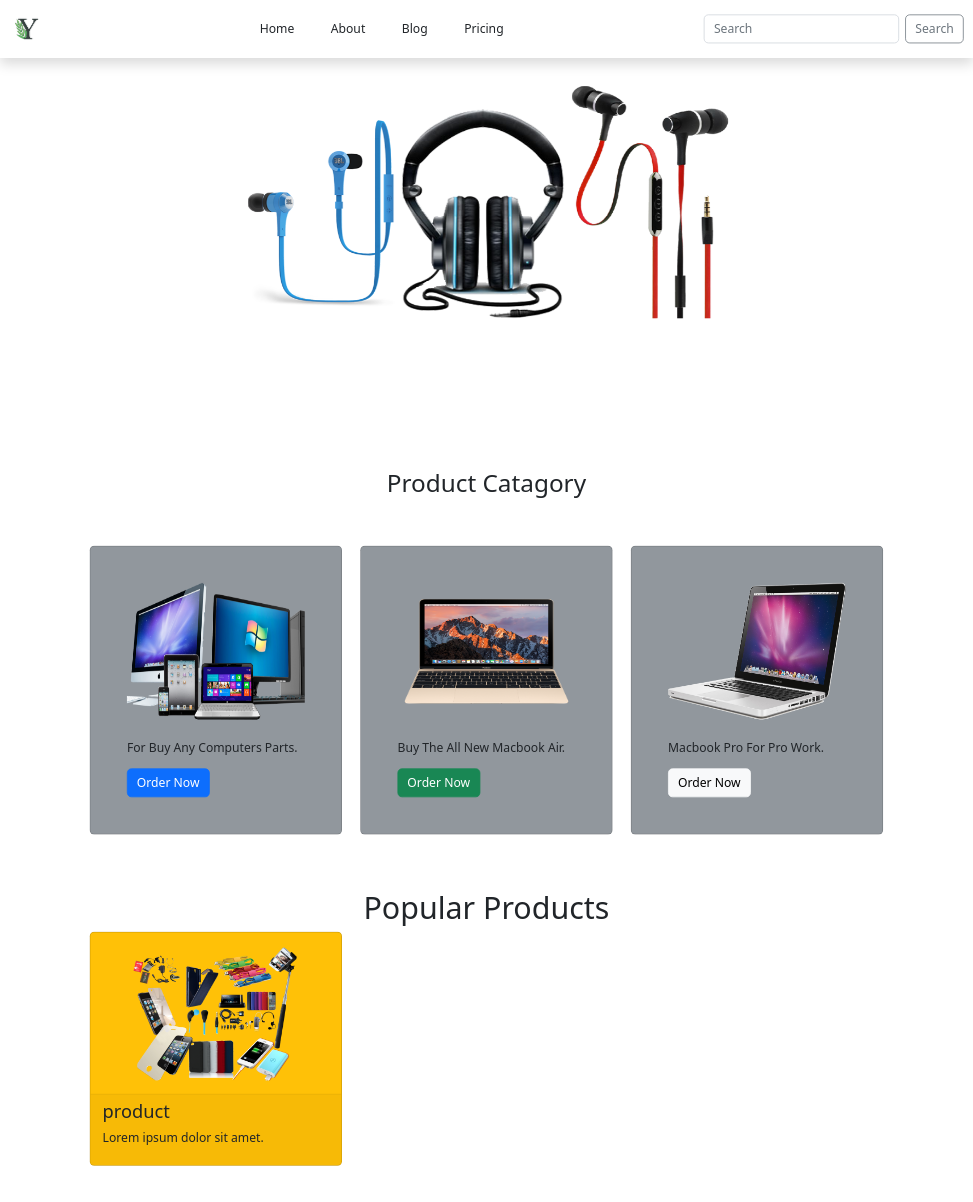
Repository: Mafuzurrahmanoli/E-Commerce-Website
Page: index.html
The author's editor kept a copy of each file at every save. The page is drawn from the files as they stood at one save, then again after a run of saves.
The browser window is 1280 px wide. The pictures show the whole page, at 76% of full size.

Above is the page before, as saved 2023-09-16 12:04:46.

### index.html
<!DOCTYPE html>
<html lang="en">

<head>
  <title>E-Commerce Website</title>
  <!-- Required meta tags -->
  <meta charset="utf-8" />
  <meta name="viewport" content="width=device-width, initial-scale=1, shrink-to-fit=no" />

  <!-- Bootstrap CSS v5.2.1 -->
  <link href="https://cdn.jsdelivr.net/npm/bootstrap@5.2.1/dist/css/bootstrap.min.css" rel="stylesheet"
    integrity="sha384-iYQeCzEYFbKjA/T2uDLTpkwGzCiq6soy8tYaI1GyVh/UjpbCx/TYkiZhlZB6+fzT" crossorigin="anonymous" />
  <link rel="stylesheet" href="css/style.css" />
  <link rel="shortcut icon" href="img/favicon.png" type="image/x-icon">
</head>

<body>
  <header>
    <!-- place navbar here -->
    <nav class="navbar navbar-expand-lg navbar-light shadow">
      <div class="container-fluid">
        <a class="navbar-brand" href="#"" target=" _blank">
          <img src="img/logo.png" alt="logo" style="width: 50px;">
        </a>
        <button class="navbar-toggler" type="button" data-bs-toggle="collapse" data-bs-target="#navbarSupportedContent"
          aria-controls="navbarSupportedContent" aria-expanded="false" aria-label="Toggle navigation">
          <span class="navbar-toggler-icon"></span>
        </button>
        <div class="collapse navbar-collapse" id="navbarSupportedContent">
          <ul class="navbar-nav me-auto mb-2 mb-lg-0 mx-auto">
            <li class="nav-item mx-3">
              <a class="nav-link active text-dark" aria-current="page" href="#">Home</a>
            </li>
            <li class="nav-item mx-3">
              <a class="nav-link text-dark" href="#">About</a>
            </li>
            <li class="nav-item mx-3">
              <a class="nav-link text-dark" href="#">Blog</a>
            </li>
            <li class="nav-item mx-3">
              <a class="nav-link text-dark" href="#">Pricing</a>
            </li>
          </ul>
          <form class="d-flex" role="search">
            <input class="form-control me-2" type="search" placeholder="Search" aria-label="Search">
            <button class="btn btn-outline-secondary" type="submit">Search</button>
          </form>
        </div>
      </div>
    </nav>
    <!-- Navbar end here -->
    <!-- Slider Start -->
    <div class="container">
      <div class="row">
        <div class=" col-md-11 mx-auto mt-4">
          <div id="carouselExampleIndicators" class="carousel slide" style="height: 500px; width: 80%; margin: auto;;">
            <div class="carousel-indicators" style="background-color: transparent;">
              <button type="button" data-bs-target="#carouselExampleIndicators" data-bs-slide-to="0" class="active"
                aria-current="true" aria-label="Slide 1"></button>
              <button type="button" data-bs-target="#carouselExampleIndicators" data-bs-slide-to="1"
                aria-label="Slide 2"></button>
              <button type="button" data-bs-target="#carouselExampleIndicators" data-bs-slide-to="2"
                aria-label="Slide 3"></button>
            </div>
            <div class="carousel-inner">
              <div class="carousel-item active">
                <img src="img/headphone.png" class="d-block w-100" alt="headphone">
              </div>
              <div class="carousel-item">
                <img src="img/macbook pro.png" class="d-block w-100" alt="macbook">
              </div>
              <div class="carousel-item">
                <img src="img/computer.png" class="d-block w-100" alt="computer">
              </div>
            </div>
            <button class="carousel-control-prev" type="button" data-bs-target="#carouselExampleIndicators"
              data-bs-slide="prev">
              <span class="carousel-control-prev-icon" aria-hidden="true" style="background-color: transparent;"></span>
              <span class="visually-hidden">Previous</span>
            </button>
            <button class="carousel-control-next" type="button" data-bs-target="#carouselExampleIndicators"
              data-bs-slide="next">
              <span class="carousel-control-next-icon" aria-hidden="true" style="background-color: transparent;"></span>
              <span class="visually-hidden">Next</span>
            </button>
          </div>
        </div>
      </div>
    </div>
    <!-- Slider End -->
  </header>
  <main>
    <!-- Product catagory section start -->
    <div class="container">
      <h2 class="text-center text-capitalize p-3">product catagory</h2>
      <div class="row justify-content-between m-4 row-cols-1 row-cols-md-2 row-cols-lg-3 g-4">
        <div class="col">
          <div class="card bg-secondary bg-opacity-75">
            <div class="card-body p-5">
              <img src="img/computer.png" alt="computer" class="w-100">
              <p class="text-capitalize mt-4">For buy any computers parts.</p>
              <a href="#" target="_blank" class="btn btn-primary text-capitalize">order now</a>
            </div>
          </div>
        </div>
        <div class="col">
          <div class="card bg-secondary bg-opacity-75">
            <div class="card-body p-5">
              <img src="img/macbook air.png" alt="macbook air" class="w-100">
              <p class="text-capitalize mt-4">buy the all new macbook air.</p>
              <a href="#" target="_blank" class="btn btn-success text-capitalize">order now</a>
            </div>
          </div>
        </div>
        <div class="col">
          <div class="card bg-secondary bg-opacity-75">
            <div class="card-body p-5">
              <img src="img/macbook pro.png" alt="macbook pro" class="w-100">
              <p class="text-capitalize mt-4">macbook pro for pro work.</p>
              <a href="#" target="_blank" class="btn btn-light text-capitalize">order now</a>
            </div>
          </div>
        </div>
      </div>
    </div>
    <!-- Product catagory section end -->
    <!-- Popular product section start -->
    <div class="container p-5">
      <h1 class="text-center text-capitalize">popular products</h1>
      <div class="row row-cols-1 row-cols-md-2 row-cols-lg-3">
        <div class="col">
          <div class="card bg-warning">
            <div class="card-body d-flex">
              <img class="w-75 mx-auto" src="img/Mobile.png" alt="">
            </div>
            <div class="card-footer">
              <h4>product</h4>
              <p>Lorem ipsum dolor sit amet.</p>
            </div>
          </div>
        </div>
      </div>
    </div>
    <!-- Popular product section end -->
  </main>
  <footer>
    <!-- place footer here -->
  </footer>
  <!-- Bootstrap JavaScript Libraries -->
  <script src="https://cdn.jsdelivr.net/npm/@popperjs/core@2.11.6/dist/umd/popper.min.js"
    integrity="sha384-oBqDVmMz9ATKxIep9tiCxS/Z9fNfEXiDAYTujMAeBAsjFuCZSmKbSSUnQlmh/jp3"
    crossorigin="anonymous"></script>

  <script src="https://cdn.jsdelivr.net/npm/bootstrap@5.2.1/dist/js/bootstrap.min.js"
    integrity="sha384-7VPbUDkoPSGFnVtYi0QogXtr74QeVeeIs99Qfg5YCF+TidwNdjvaKZX19NZ/e6oz"
    crossorigin="anonymous"></script>
</body>

</html>

### css/style.css
* {
    margin: 0;
    padding: 0;
    outline: 0;
}

.carousel-inner img {
    height: 50vh;
}
.card-body img{
    height: 25vh;
}

After the next 2 saves:
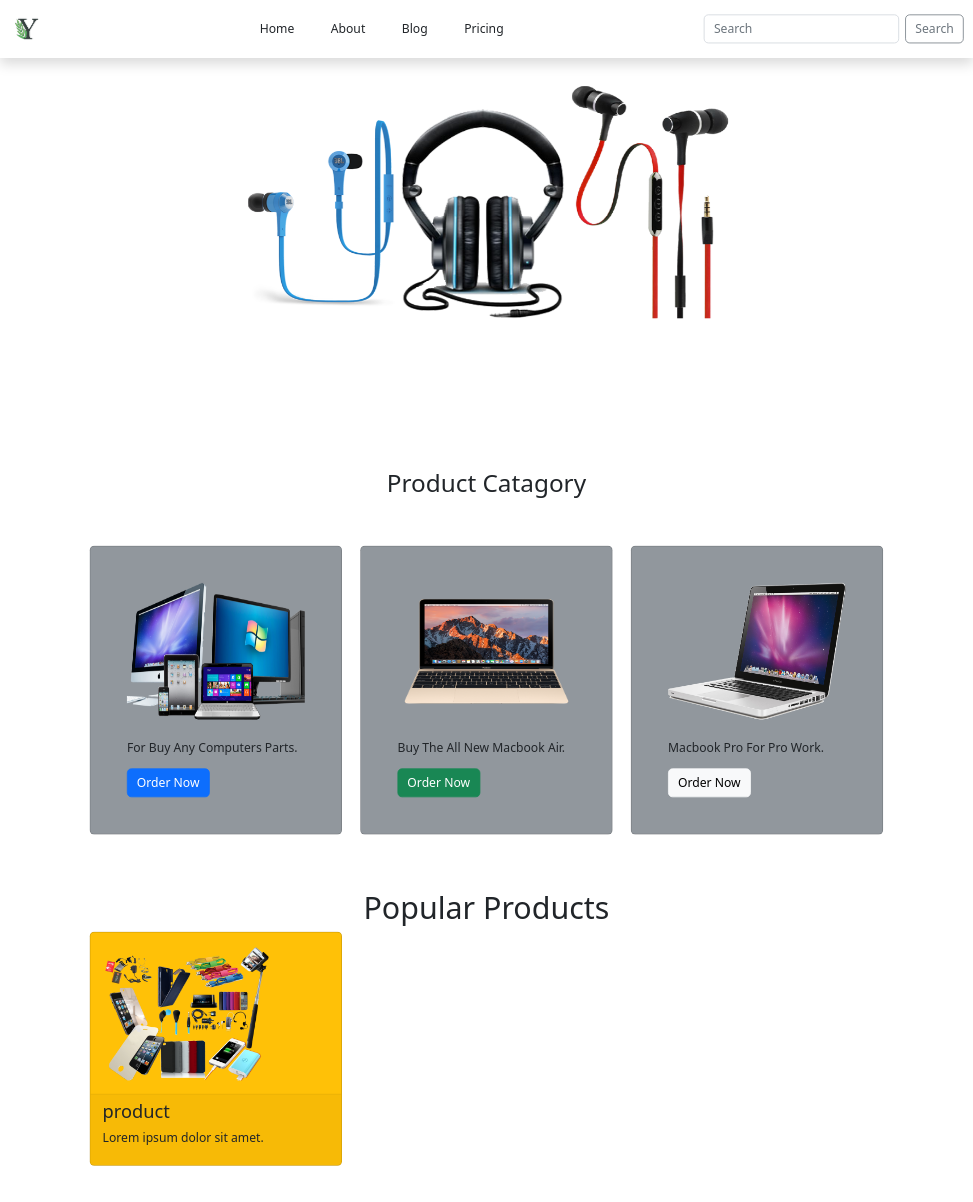
The 2 saves are shown as one change because they came seconds apart.
The last was saved 13 s later.
--- a/index.html
+++ b/index.html
@@ -131,7 +131,7 @@
         <div class="col">
           <div class="card bg-warning">
             <div class="card-body d-flex">
-              <img class="w-75 mx-auto" src="img/Mobile.png" alt="">
+              <img class="w-75" src="img/Mobile.png" alt="">
             </div>
             <div class="card-footer">
               <h4>product</h4>

After the save that followed:
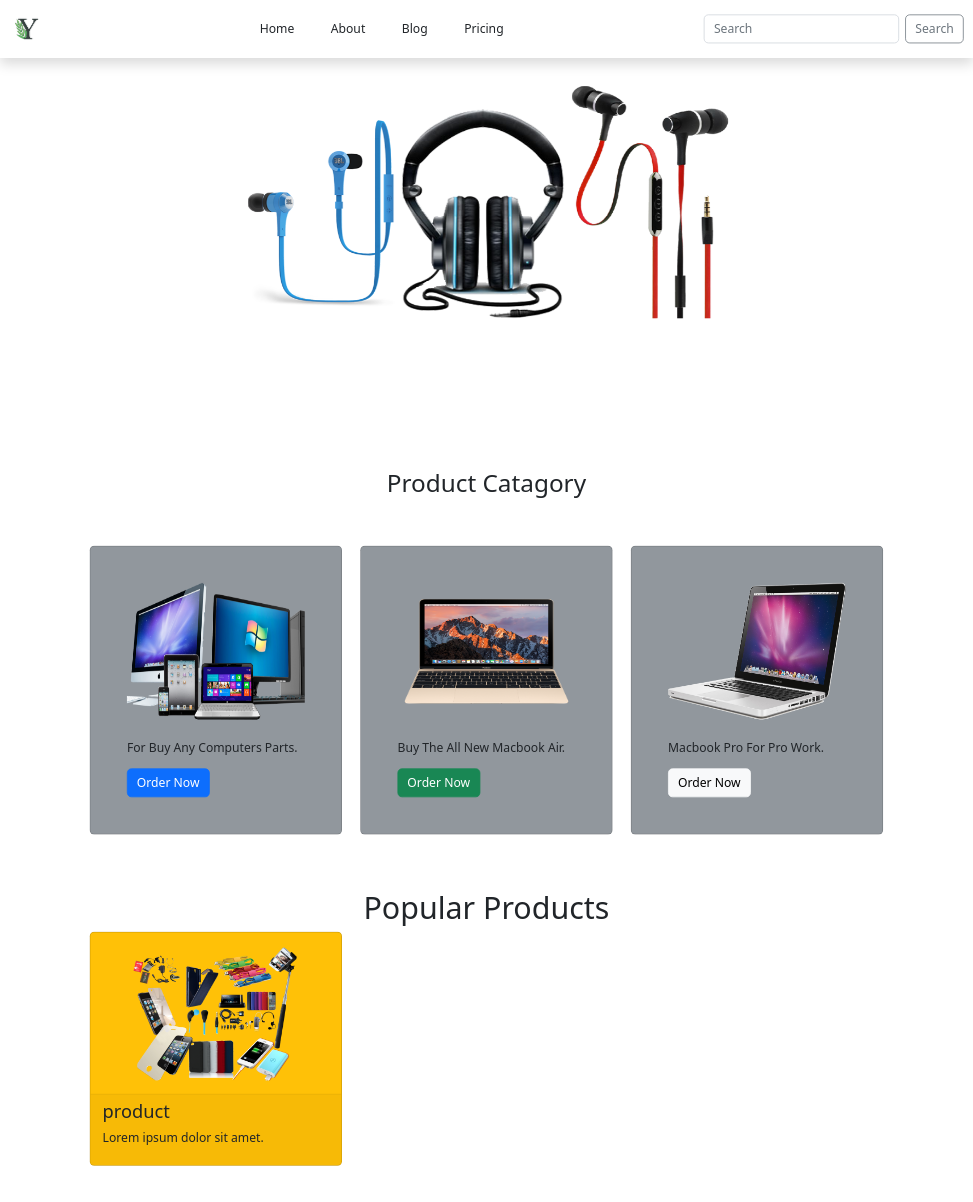
Saved 8 s later.
--- a/index.html
+++ b/index.html
@@ -131,7 +131,7 @@
         <div class="col">
           <div class="card bg-warning">
             <div class="card-body d-flex">
-              <img class="w-75" src="img/Mobile.png" alt="">
+              <img class="w-75 mx-auto" src="img/Mobile.png" alt="">
             </div>
             <div class="card-footer">
               <h4>product</h4>
